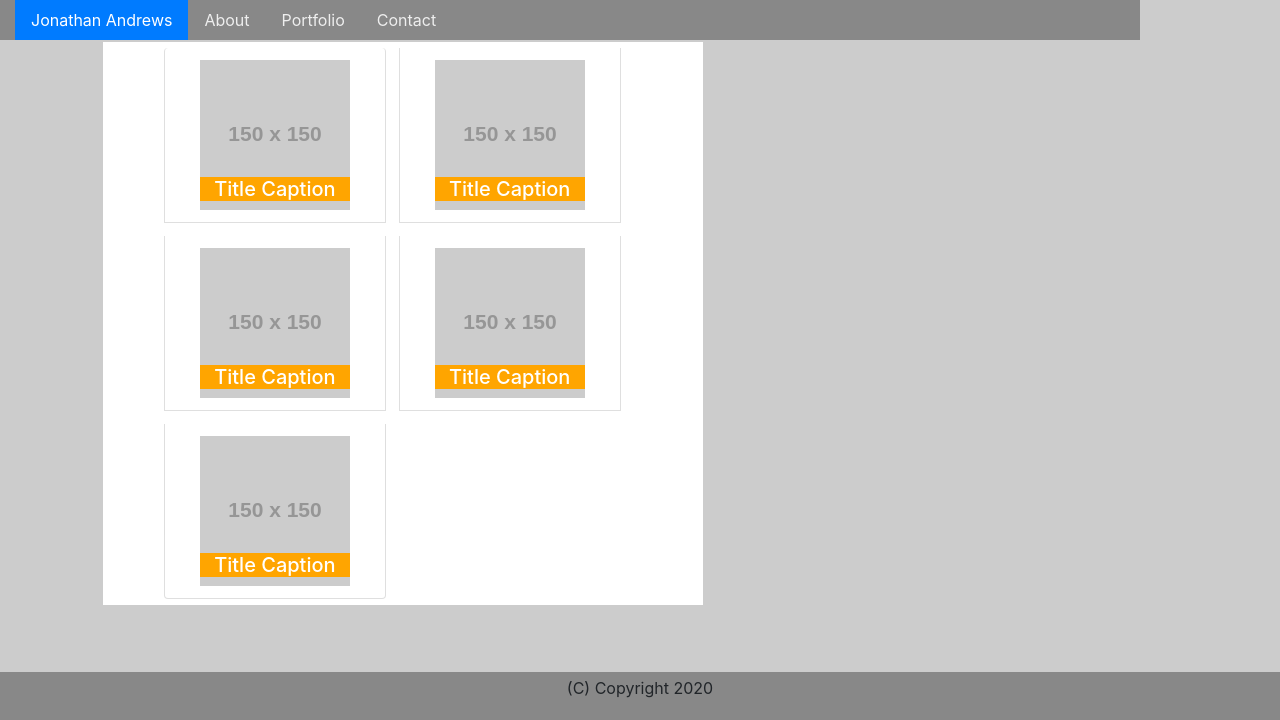
Repository: ionathas78/ionathas78.github.io
Page: portfolio.html
These files come from the project's save history. The page is drawn as it stood at one moment and after the next save; the edit follows.
The browser window is 1280 px wide. The pictures show the whole page.

Above is the page before, as saved 2020-03-17 18:26:46.

### portfolio.html
<!DOCTYPE html>
<html lang="en">
<head>
    <meta charset="UTF-8">
    <meta name="viewport" content="width=device-width, initial-scale=1.0">
    <title>Jonathan Andrews</title>

    <link rel="stylesheet" href="https://stackpath.bootstrapcdn.com/bootstrap/4.4.1/css/bootstrap.min.css" integrity="sha384-Vkoo8x4CGsO3+Hhxv8T/Q5PaXtkKtu6ug5TOeNV6gBiFeWPGFN9MuhOf23Q9Ifjh" crossorigin="anonymous">
    <style type="text/CSS">.list-group-item, li:first-child {border-top: 0;}</style>
</head>
<body style="background-color: #ccc">
    <header class="container" style="position:fixed; top:0; width: 100%; background-color: #888;">
        <ul class="nav float-left" style="background-color: #888">
            <li class="nav-item bg-primary">
              <a class="nav-link active" href="#" style="color: white;">Jonathan Andrews</a>
            </li>
        </ul>
        <ul class="nav float-left" style="background-color: #888">
            <li class="nav-item">
              <a class="nav-link" href="index.html" style="color: #eee;">About</a>
            </li>
            <li class="nav-item">
              <a class="nav-link active" href="portfolio.html" style="color: #eee;">Portfolio</a>
            </li>
            <li class="nav-item">
                <a class="nav-link" href="contact.html" style="color: #eee;">Contact</a>
            </li>
        </ul>
    </header>

    <div class="container">
        <div class="row" style="clear:both; position: relative; top: 2vw;">
            <div class="col-md-7">
                <div class="container clearfix" style="max-width: 600px; background-color: white;">
                    <!-- <ul class="list-group list-group-horizontal float-left"> -->
                    <ul>
                        <li class="list-group-item float-left" style="margin: 0.5vw;">
                            <div class="container">
                                <a style="position: relative;" href="" target="_blank"><img src="https://via.placeholder.com/150" alt="Placeholder Item Image"/></a>
                                <h5 style="position: absolute; background-color: orange; color: white; bottom: 1vw; width: 150px; text-align: center;">Title Caption</h5>
                            </div>
                        </li>
                        <li class="list-group-item float-left" style="margin: 0.5vw;">
                            <div class="container">
                                <a style="position: relative;" href="" target="_blank"><img src="https://via.placeholder.com/150" alt="Placeholder Item Image"/></a>
                                <h5 style="position: absolute; background-color: orange; color: white; bottom: 1vw; width: 150px; text-align: center;">Title Caption</h5>
                            </div>
                        </li>
                        <li class="list-group-item float-left" style="margin: 0.5vw;">
                            <div class="container">
                                <a style="position: relative;" href="" target="_blank"><img src="https://via.placeholder.com/150" alt="Placeholder Item Image"/></a>
                                <h5 style="position: absolute; background-color: orange; color: white; bottom: 1vw; width: 150px; text-align: center;">Title Caption</h5>
                            </div>
                        </li>
                        <li class="list-group-item float-left" style="margin: 0.5vw;">
                            <div class="container">
                                <a style="position: relative;" href="" target="_blank"><img src="https://via.placeholder.com/150" alt="Placeholder Item Image"/></a>
                                <h5 style="position: absolute; background-color: orange; color: white; bottom: 1vw; width: 150px; text-align: center;">Title Caption</h5>
                            </div>
                        </li>
                        <li class="list-group-item float-left" style="margin: 0.5vw;">
                            <div class="container">
                                <a style="position: relative;" href="" target="_blank"><img src="https://via.placeholder.com/150" alt="Placeholder Item Image"/></a>
                                <h5 style="position: absolute; background-color: orange; color: white; bottom: 1vw; width: 150px; text-align: center;">Title Caption</h5>
                            </div>
                        </li>
                      </ul>
                </div>
            </div>
        </div>
    </div>

    <footer style="position: fixed; bottom: 0; background-color: #888; width: 100%;">
        <p style="line-height: 200%; text-align: center;">
            (C) Copyright 2020
        </p>
    </footer>
    <!-- JS Scripts -->

    <script src="https://code.jquery.com/jquery-3.4.1.slim.min.js" integrity="sha384-J6qa4849blE2+poT4WnyKhv5vZF5SrPo0iEjwBvKU7imGFAV0wwj1yYfoRSJoZ+n" crossorigin="anonymous"></script>
    <script src="https://cdn.jsdelivr.net/npm/popper.js@1.16.0/dist/umd/popper.min.js" integrity="sha384-Q6E9RHvbIyZFJoft+2mJbHaEWldlvI9IOYy5n3zV9zzTtmI3UksdQRVvoxMfooAo" crossorigin="anonymous"></script>
    <script src="https://stackpath.bootstrapcdn.com/bootstrap/4.4.1/js/bootstrap.min.js" integrity="sha384-wfSDF2E50Y2D1uUdj0O3uMBJnjuUD4Ih7YwaYd1iqfktj0Uod8GCExl3Og8ifwB6" crossorigin="anonymous"></script>
</body>
</html>

After the next save:
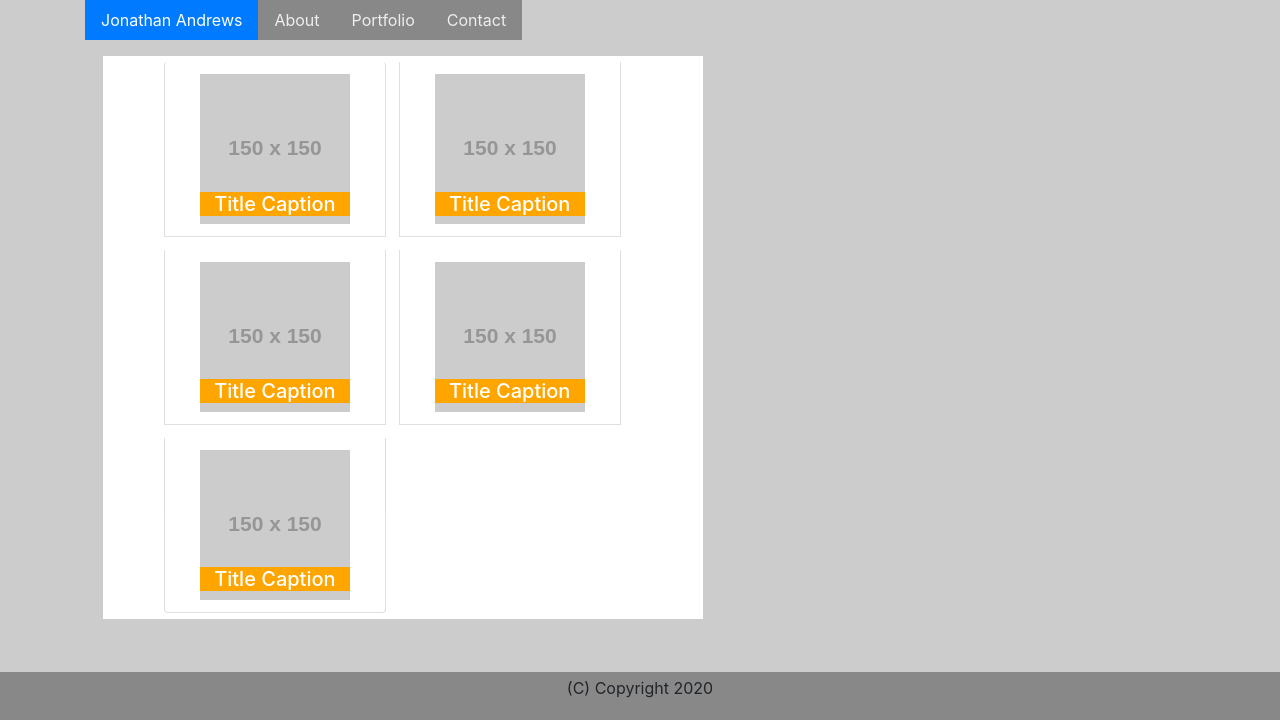
Saved 2 min 0 s later.
--- a/portfolio.html
+++ b/portfolio.html
@@ -9,7 +9,7 @@
     <style type="text/CSS">.list-group-item, li:first-child {border-top: 0;}</style>
 </head>
 <body style="background-color: #ccc">
-    <header class="container" style="position:fixed; top:0; width: 100%; background-color: #888;">
+    <header class="container" style="width: 100%; background-color: #888;">
         <ul class="nav float-left" style="background-color: #888">
             <li class="nav-item bg-primary">
               <a class="nav-link active" href="#" style="color: white;">Jonathan Andrews</a>
@@ -29,7 +29,7 @@
     </header>
 
     <div class="container">
-        <div class="row" style="clear:both; position: relative; top: 2vw;">
+        <div class="row" style="clear:both;">
             <div class="col-md-7">
                 <div class="container clearfix" style="max-width: 600px; background-color: white;">
                     <!-- <ul class="list-group list-group-horizontal float-left"> -->
